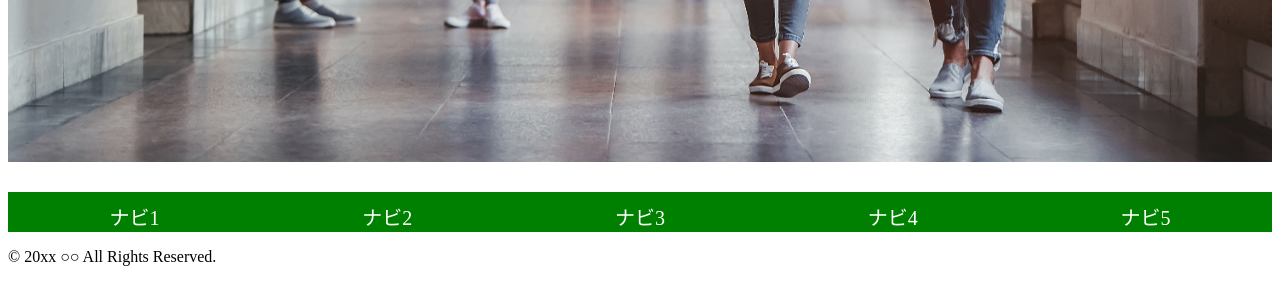
Repository: barabaaaara/samurai_HTML-CSS2
Page: home.html
The author's editor kept a record of every edit. The page is drawn from the files as they stood at one moment, then again after the next edit.
The browser window is 1280 px wide. The pictures show the part of the page from y = 703 to 1655 px (the page is 985 px tall before and 2285 px after).
Pictures or frames that could not be fetched are drawn as grey boxes.

Above is the page before.

### home.html
<!DOCTYPE html>
<html lang="ja">
    <head>
        <meta charset="UTF-8">
        <title>HTML/CSSの学習</title>
        <link rel="stylesheet" href="stylesheet.css">
    </head>
    <body>
      <header>
          <h1><a href="index.html"><img id="corridor" src="images/corridor.jpg" alt="大学の廊下" /></a></h1>
        </header>
        <div id="wrapper">
            <div id="nav">
                 <ul>
                     <li><a href="home.html">ナビ1</a></li>
                     <li><a href="#">ナビ2</a></li>
                     <li><a href="#">ナビ3</a></li>
                     <li><a href="#">ナビ4</a></li>
                     <li><a href="#">ナビ5</a></li>
                 </ul>
        </div>
        </div>
    </body>
    <footer>
        <p>&copy; 20xx ○○ All Rights Reserved.</p>
    </footer>
</html>

### stylesheet.css
charset "utf-8";

body {
	margin: 0;
	padding: 0;
	font-family: "ヒラギノ角ゴ Pro W3", "Hiragino Kaku Gothic Pro", "メイリオ", Meiryo, Osaka, "ＭＳ Ｐゴシック", "MS PGothic", sans-serif;
	color: #333;
	font-size: 13px;
	line-height: 150%;
}

/* -------------------- wrapper -------------------- */
#wrapper {
	width: 100%;
	margin: auto;
	padding: 0px;
	border: 0px;
	background-color: #FFF;
	top: 10px;
}

/* -------------------- header -------------------- */
#header {
	width: 100%;
}
#header h1 {
	margin: 0;
	padding: 0;
}

#corridor {
	width: 100%;
	height: auto;
}

/* -------------------- footer -------------------- */
#footer {
	clear: both;
	width: 100%;
	padding: 3px 0 3px 0;
	background: #39F;
	color: #FFF;
	font-weight: bold;
	text-align: center;
}

/* -------------------- nav -------------------- */
#nav {
	width: 100%;
}
#nav ul {
	display: flex;
	margin: 0;
	padding: 0;
	list-style-type: none;
}
#nav ul li {
	width: 20%;
	text-align: center;
}
#nav ul li a {
	display: block;
	height: 20px;
	margin: 0;
	padding: 10px;
	color: #FFF;
	font-size: 20px;
	text-decoration: none;
	background-color: green;
}

#nav ul li a:hover {
	filter: drop-shadow(10px 10px 10px black);
}

/* -------------------- container -------------------- */
#container {
	width: 100%;
	margin: auto ;
	padding: auto;
	padding-top: 20px;
	clear: both;
	display: grid;
	grid-template-columns: 70vw 30vw;
}
/* -------------------- main -------------------- */
#main {
	width: 95%;
	padding: 10px 30px 10px 10px;
}
#main h2 {
	margin: 0 0 10px 0;
	padding: 3px 10px 3px 10px;
	color: #FFF;
	font-size: 16px;
	border-left: solid 10px #C00;
	background: #F90 url(../images/main_h2.jpg) right top repeat-y;
}
#main p {
	margin: 0;
	padding: 0;
}
#main .post {
	margin: 0 0 30px 0;
}

#main .post img.right {
	margin: 0 0 0 8px;
}
#main .post img.left {
	margin: 0 8px 0 0;
}

.right {
	float: right;
	width: 40%;
	height: auto;
}
.left {
	float: left;
	width: 40%;
	height: auto;
}

/* -------------------- clearfix -------------------- */
.clearfix {
	zoom: 1;
}
.clearfix:after{
	content: "";
	display: block;
	clear: both;
}

/* -------------------- side -------------------- */
#side {
	width: 85%;
	padding: 20px;
	background-color: #F99;
}
#side .box {
	margin: 0 auto 30px auto;
	padding: 0 0 20px 0;
	background: url(images/side_box.png) bottom no-repeat;
}
#side .box h2 {
	margin: 0;
	padding: 8px;
	text-align: center;
	color: #fff;
	font-size: 16px;
	line-height: 16px;
	font-weight: normal;
	background: url(images/side_box_h2.png) center no-repeat;
}
#side .box .boxBody {
	padding: 8px;
	border-right: solid 1px #C36;
	border-bottom: solid 1px #C36;
	border-left: solid 1px #C36;
	background: #fff;
}
#side .box .boxBody ul {
	margin: 0 0 16px 0;
	padding: 0;
}
#side .box .boxBody ul li {
	padding: 8px 0 8px 4px;
	list-style: none;
	border-bottom: solid 1px #C36;
}

#side .box .boxBody ul li:hover {
	padding: 8px 0 8px 4px;
	list-style: none;
	border-bottom: solid 1px #C36;
	box-shadow: 0px 4px 4px rgba(0, 0, 0, 0.3);
}

After the next edit:
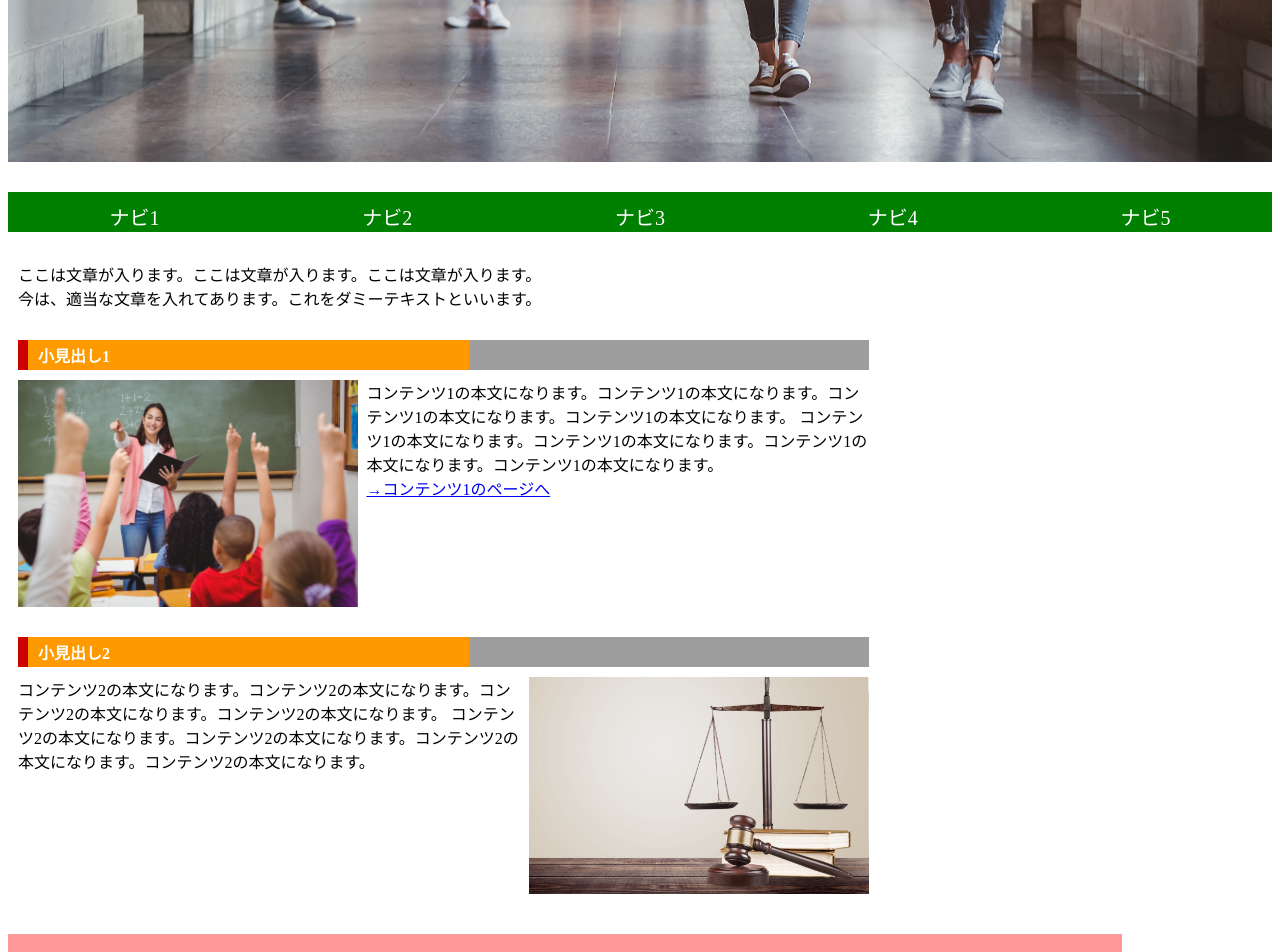
The edit:
--- a/home.html
+++ b/home.html
@@ -18,7 +18,55 @@
                      <li><a href="#">ナビ4</a></li>
                      <li><a href="#">ナビ5</a></li>
                  </ul>
-        </div>
+            </div>
+         <div id="container">
+                <div id="main">
+                    <div class="post">
+                        <p>ここは文章が入ります。ここは文章が入ります。ここは文章が入ります。<br />今は、適当な文章を入れてあります。これをダミーテキストといいます。</p>
+                    </div>
+                    <div class="post clearfix">
+                        <h2>小見出し1</h2>
+                        <img class="left" src="images/classroom.jpg" alt="授業風景" />
+                        <p>
+                            コンテンツ1の本文になります。コンテンツ1の本文になります。コンテンツ1の本文になります。コンテンツ1の本文になります。
+                            コンテンツ1の本文になります。コンテンツ1の本文になります。コンテンツ1の本文になります。コンテンツ1の本文になります。
+                        </p>
+                        <p><a href="#">→コンテンツ1のページへ</a></p>
+                    </div>
+                    <div class="post clearfix">
+                        <h2>小見出し2</h2>
+                        <img class="right" src="images/scale.jpg" alt="天秤" />
+                        <p>
+                            コンテンツ2の本文になります。コンテンツ2の本文になります。コンテンツ2の本文になります。コンテンツ2の本文になります。
+                            コンテンツ2の本文になります。コンテンツ2の本文になります。コンテンツ2の本文になります。コンテンツ2の本文になります。
+                        </p>
+                    </div>
+                </div>
+            </div>
+            <div id="side">
+                <div class="box">
+                    <h2>サイドメニュー1</h2>
+                    <div class="boxBody">
+                        <ul>
+                            <li>項目1</li>
+                            <li>項目2</li>
+                            <li>項目3</li>
+                            <li>項目4</li>
+                        </ul>
+                    </div>
+                </div>
+                <div class="box">
+                    <h2>サイドメニュー2</h2>
+                    <div class="boxBody">
+                        <ul>
+                            <li>項目1</li>
+                            <li>項目2</li>
+                            <li>項目3</li>
+                            <li>項目4</li>
+                        </ul>
+                    </div>
+                </div>
+            </div>
         </div>
     </body>
     <footer>
